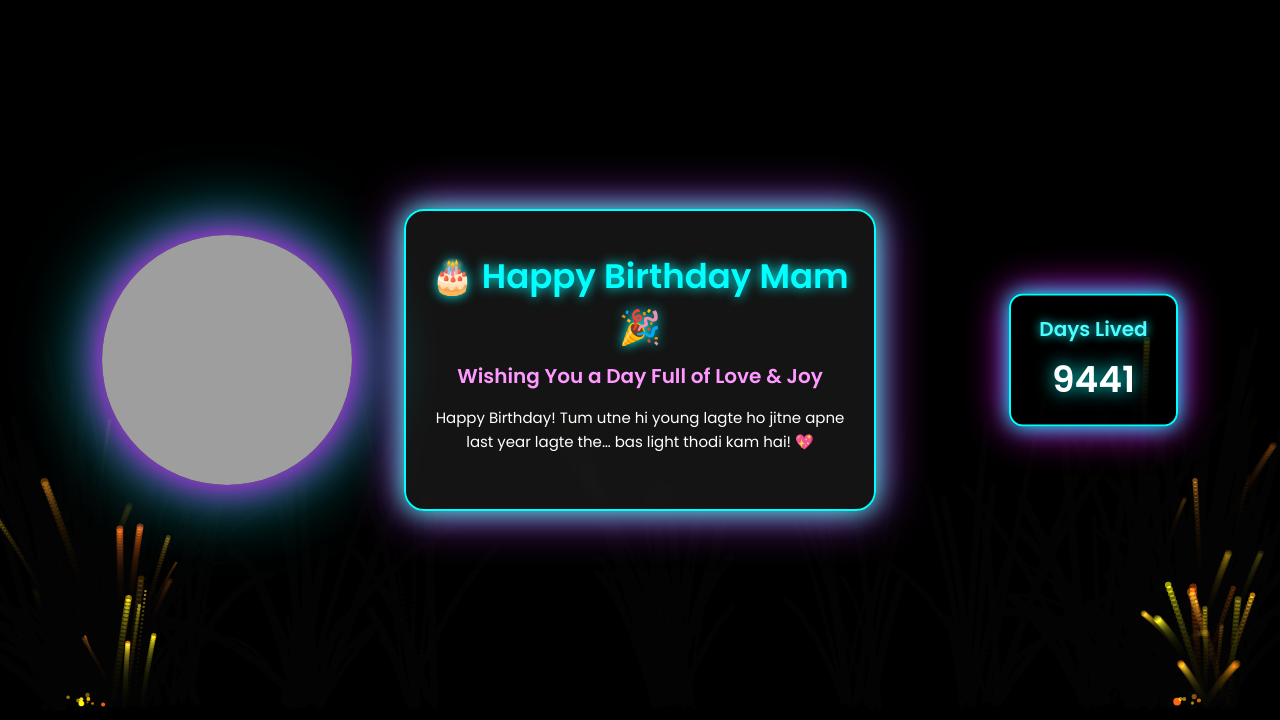
Repository: codex795/fashion-responsive
Page: biii.html
An editor plug-in stored every save of this project. The page is shown before and after the next save, followed by the edit.
The browser window is 1280 px wide. The pictures show the whole page.
Pictures or frames that could not be fetched are drawn as grey boxes.

Above is the page before, as saved 2025-11-06 18:58:20.

### biii.html



<!DOCTYPE html>
<html lang="en">
<head>
  <meta charset="utf-8" />
  <meta name="viewport" content="width=device-width,initial-scale=1" />
  <title>Happy Birthday Mam 💖</title>
  <style>
    @import url('https://fonts.googleapis.com/css2?family=Poppins:wght@300;400;600&display=swap');

    :root{
      --primary:#00ffff;
      --accent:#ff00ff;
    }

    body{
      margin:0; padding:0; height:100vh;
      background: linear-gradient(135deg, #000000, #35003e, #004a7c);
      font-family:"Poppins",sans-serif;
      overflow:hidden; position:relative; color:white;
      display:flex; justify-content:center; align-items:center;
    }

    /* sparks canvas sits over background but behind content */
    #sparks{
      position:fixed;
      inset:0;
      z-index:0;
      pointer-events:none;
      display:block;
    }

    /* glowing circle with mam photo */
    .circle{
      position:absolute; width:250px; height:250px; border-radius:50%;
      overflow:hidden; left:8%; top:50%; transform:translateY(-50%);
      box-shadow: 0 0 40px var(--accent), 0 0 80px var(--primary);
      z-index:2;
    }
    .circle img{ width:100%; height:100%; object-fit:cover; object-position:center; display:block; }

    /* main card */
    .wrapper{
      width:420px; background: rgba(255,255,255,0.08);
      border: 2px solid var(--primary);
      border-radius:20px; padding:40px 24px; text-align:center;
      box-shadow:0 0 30px var(--primary), 0 0 60px var(--accent);
      backdrop-filter: blur(6px); animation: glow 3s ease-in-out infinite alternate;
      z-index:3; position:relative;
    }
    @keyframes glow{
      from{ box-shadow:0 0 20px var(--primary), 0 0 40px var(--accent); }
      to{ box-shadow:0 0 50px #ffff66, 0 0 80px var(--primary); }
    }
    .wrapper h1{ color:var(--primary); font-size:34px; margin:0 0 8px; text-shadow:0 0 12px var(--primary); }
    .wrapper h2{ color:#ff99ff; font-size:20px; margin:0 0 12px; }
    .wrapper p{ color:#fff; font-size:15px; line-height:1.6; }

    /* days box (right) */
    .days-box{
      position:absolute; top:50%; right:8%; transform:translateY(-50%);
      background: rgba(0,0,0,0.55); border:2px solid var(--primary);
      padding:18px 28px; border-radius:14px; color:var(--primary);
      text-align:center; box-shadow:0 0 20px var(--primary), 0 0 40px var(--accent);
      z-index:3;
    }
    .days-box h2{ font-size:20px; margin:0 0 8px; color:#4dfcff; text-shadow:0 0 10px var(--primary); }
    .days-box p{ font-size:36px; margin:0; color:#fff; font-weight:700; text-shadow:0 0 18px var(--primary); }

    /* small responsive tweak */
    @media (max-width:900px){
      .days-box{ right:3%; transform:translateY(-40%); }
      .wrapper{ width:340px; padding:30px 18px; }
      .circle{ left:4%; width:200px; height:200px; }
    }
  </style>
</head>
<body>

  <!-- Sparks Canvas (wire-cracker style) -->
  <canvas id="sparks"></canvas>

  <!-- glowing circle photo -->
  <div class="circle"><img src="logo/mam.jpg" alt="Mam photo"></div>

  <!-- birthday card -->
  <div class="wrapper">
    <h1>🎂 Happy Birthday Mam 🎉</h1>
    <h2>Wishing You a Day Full of Love & Joy</h2>
    <p>Happy Birthday! Tum utne hi young lagte ho jitne apne last year lagte the… bas light thodi kam hai! 💖</p>
  </div>

  <!-- right side 9131 days -->
  <div class="days-box">
    <h2>Days Lived</h2>
    <p id="days">9131</p>
  </div>

  <script>
    // days calculation (same as before)
    const birthDate = new Date("2000-01-01"); // change to mam's DOB
    const today = new Date();
    const daysLived = Math.floor((today - birthDate) / (1000*60*60*24));
    document.getElementById('days').textContent = daysLived;

    /* ---------------------------
       Sparks / Wire-cracker effect
       small particle system — lightweight
       --------------------------- */
    const canvas = document.getElementById('sparks');
    const ctx = canvas.getContext('2d');
    let W = canvas.width = window.innerWidth;
    let H = canvas.height = window.innerHeight;

    window.addEventListener('resize', () => {
      W = canvas.width = window.innerWidth;
      H = canvas.height = window.innerHeight;
    });

    // particle class
    class Spark {
      constructor(x, y){
        this.x = x;
        this.y = y;
        this.vx = (Math.random() - 0.5) * 1.6;        // horizontal drift
        this.vy = - (1 + Math.random() * 3.2);        // upwards
        this.life = 60 + Math.random() * 40;         // frames
        this.size = 1 + Math.random() * 2.3;
        this.hue = 10 + Math.random() * 50;          // warm tone
        this.alpha = 1;
      }
      update(){
        this.x += this.vx;
        this.y += this.vy;
        this.vy += 0.03; // gravity (slows upward motion)
        this.life--;
        this.alpha = Math.max(0, this.life / 100);
      }
      draw(){
        ctx.beginPath();
        // warm yellow/orange to pinkish
        ctx.fillStyle = `hsla(${this.hue}, 100%, ${50 + Math.random()*10}%, ${this.alpha})`;
        ctx.arc(this.x, this.y, this.size, 0, Math.PI*2);
        ctx.fill();
      }
    }

    // continuous emitter along bottom-sides to mimic crackers
    const sparks = [];
    let emitCounter = 0;

    function spawnSparksBurst(cx, count=18){
      for(let i=0;i<count;i++){
        const s = new Spark(cx + (Math.random()-0.5)*40, H - 20 + (Math.random()*10));
        // add a bit more horizontal velocity for bursts
        s.vx += (Math.random()-0.5) * 3;
        s.vy = - (2 + Math.random() * 4);
        s.size = 1 + Math.random()*3;
        s.life = 40 + Math.random()*60;
        s.hue = 20 + Math.random()*40;
        sparks.push(s);
      }
    }

    // periodic tiny sparks along bottom to mimic cracklers
    function emitLoop(){
      emitCounter++;
      // every ~20 frames spawn small clusters at random left/right bottom positions
      if(emitCounter % 25 === 0){
        // left side
        spawnSparksBurst(60 + Math.random()*80, 8 + Math.floor(Math.random()*6));
        // right side
        spawnSparksBurst(W - (60 + Math.random()*80), 6 + Math.floor(Math.random()*6));
      }
      // occasionally center burst
      if(emitCounter % 180 === 0){
        spawnSparksBurst(W/2 + (Math.random()-0.5)*100, 28 + Math.floor(Math.random()*30));
      }
    }

    // drawing loop
    function loop(){
      requestAnimationFrame(loop);
      // subtle fade to create trails
      ctx.globalCompositeOperation = 'source-over';
      ctx.fillStyle = 'rgba(0,0,0,0.15)'; // adjust alpha for longer/shorter trails
      ctx.fillRect(0,0,W,H);

      // additive for bright sparks
      ctx.globalCompositeOperation = 'lighter';

      // update/draw sparks
      for(let i = sparks.length-1; i >= 0; i--){
        const s = sparks[i];
        s.update();
        s.draw();
        if(s.life <= 0 || s.y > H + 20) sparks.splice(i,1);
      }

      emitLoop();
    }

    // start with a few bursts so background isn't empty
    for(let i=0;i<4;i++){
      spawnSparksBurst(60 + i*120, 10 + Math.floor(Math.random()*10));
      spawnSparksBurst(W - (60 + i*120), 8 + Math.floor(Math.random()*10));
    }

    loop();

    // optional: click to add a bright burst (like a wirecracker hit)
    window.addEventListener('click', (e) => {
      spawnSparksBurst(e.clientX, 40 + Math.floor(Math.random()*40));
    });
  </script>
</body>
</html>

After the next save:
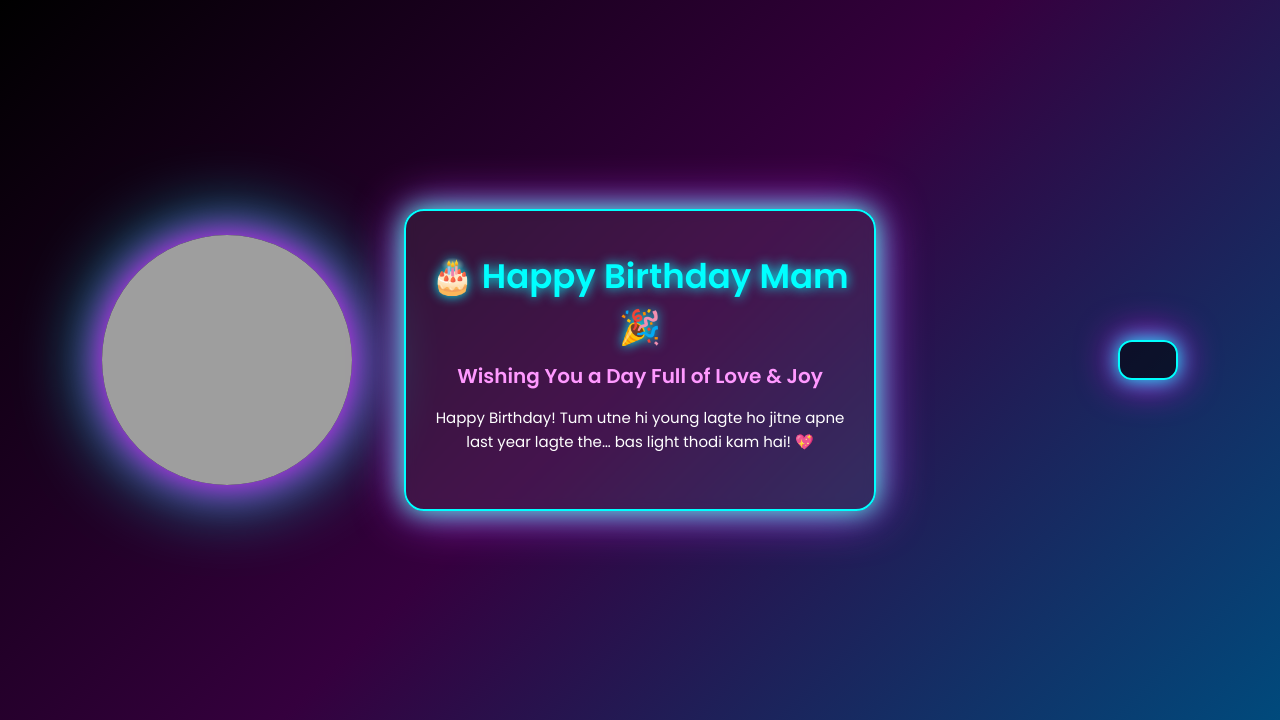
Console error: TypeError: Cannot set properties of null (setting 'textContent')
Saved 2 min 45 s later.
--- a/biii.html
+++ b/biii.html
@@ -94,8 +94,7 @@
 
   <!-- right side 9131 days -->
   <div class="days-box">
-    <h2>Days Lived</h2>
-    <p id="days">9131</p>
+
   </div>
 
   <script>

After the save that followed:
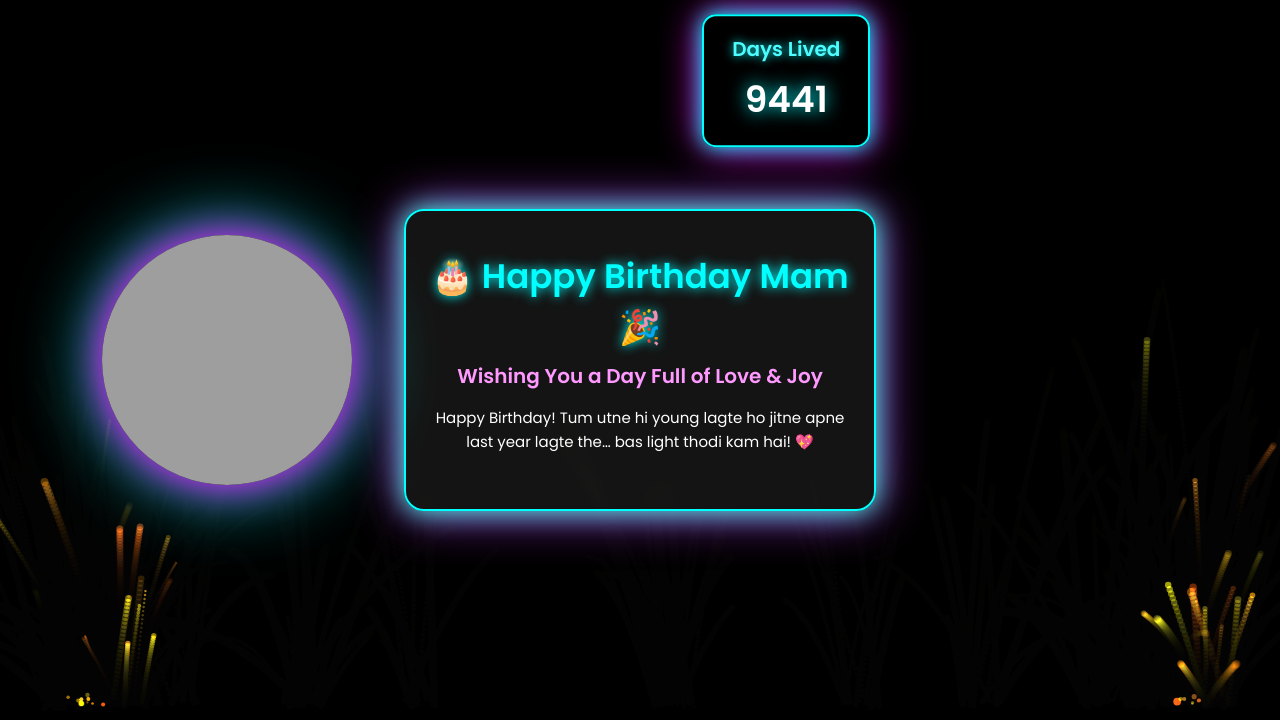
The error is gone.
Saved 5 min 43 s later.
--- a/biii.html
+++ b/biii.html
@@ -60,7 +60,7 @@
 
     /* days box (right) */
     .days-box{
-      position:absolute; top:50%; right:8%; transform:translateY(-50%);
+      position:absolute; top:50%; right:32%; transform:translateY(-260%);
       background: rgba(0,0,0,0.55); border:2px solid var(--primary);
       padding:18px 28px; border-radius:14px; color:var(--primary);
       text-align:center; box-shadow:0 0 20px var(--primary), 0 0 40px var(--accent);
@@ -94,7 +94,8 @@
 
   <!-- right side 9131 days -->
   <div class="days-box">
-
+    <h2>Days Lived</h2>
+    <p id="days">9131</p>
   </div>
 
   <script>
